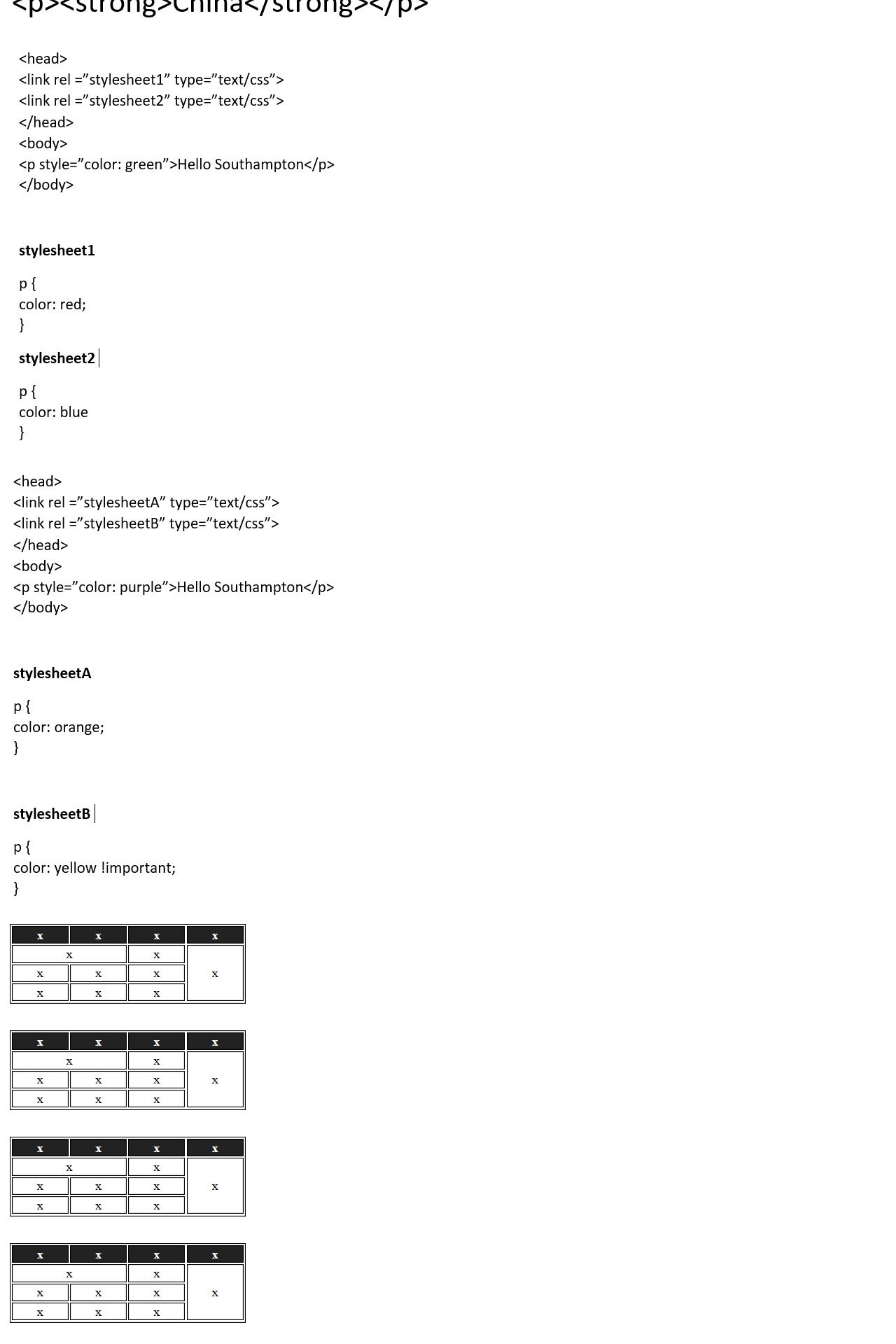
Repository: DigitalExperienceTeam/assessmentImages
Page: index.html
The author's editor kept a record of every edit. The page is drawn from the files as they stood at one moment, then again after the next edit.
The browser window is 1280 px wide. The pictures show the part of the page from y = 2627 to 4547 px (the page is 4547 px tall before and 4541 px after), at 70% of full size.

Above is the page before.

After the next edit:
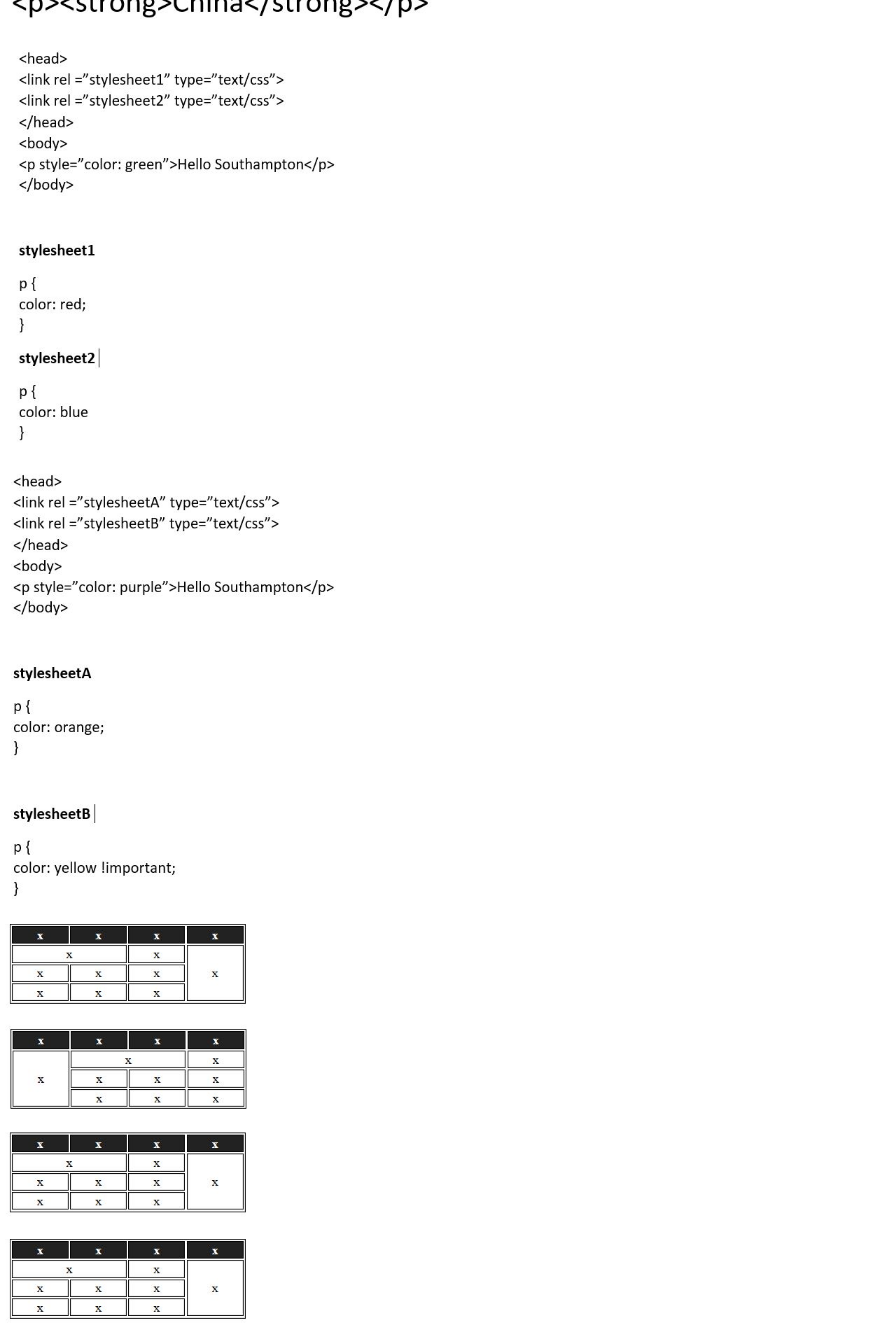
The edit:
--- a/index.html
+++ b/index.html
@@ -24,7 +24,7 @@
 
      <p><img src="table1.jpg"></p>
 
-     <p><img src="table1.jpg"></p>
+     <p><img src="table2.jpg"></p>
 
      <p><img src="table1.jpg"></p>
 
